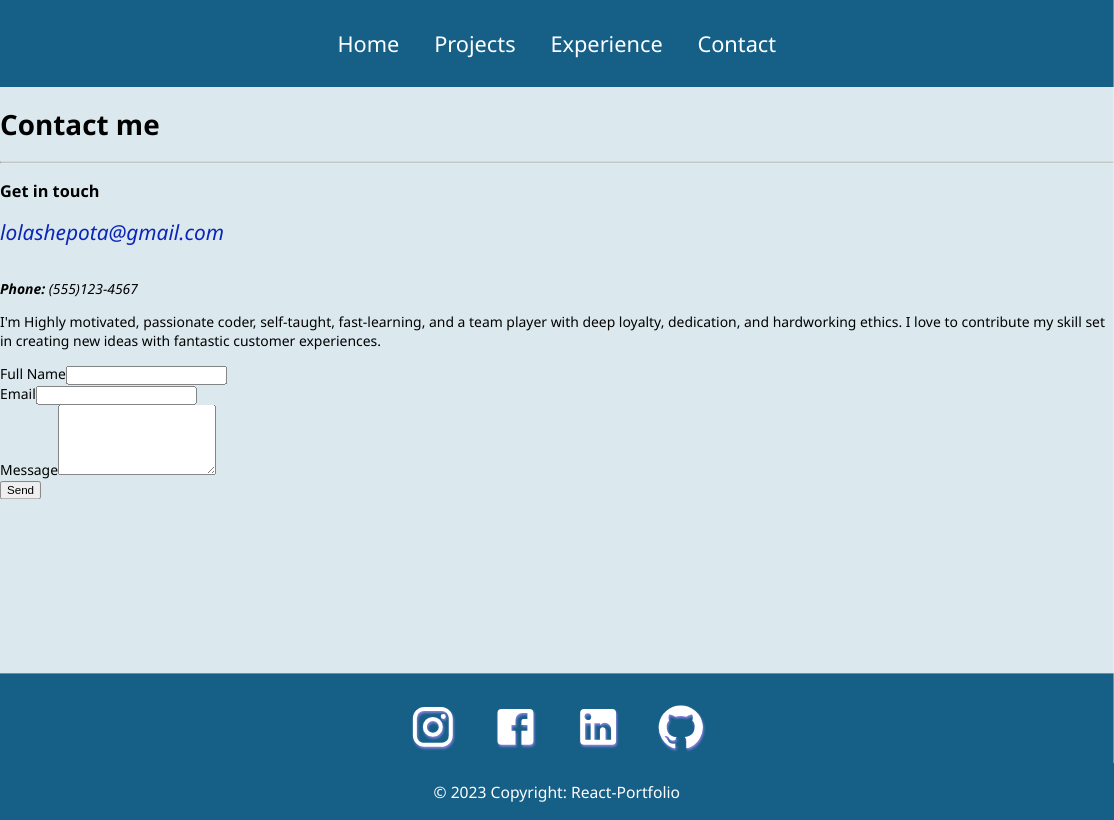
Repository: LolaSL/react-portfolio
Page: /contact
These files come from the project's save history. The page is drawn as it stood at one moment and after the next save; the edit follows.
The browser window is 1280 px wide. The pictures show the whole page, at 87% of full size.
The project was rebuilt for these pictures with package versions that can differ from the ones it lists, and the page was loaded fresh each time. Also part of the build but not shown: src/pages/Home/Style.css, src/pages/Home/Home.jsx, src/components/ProjectItem/Style.css, src/components/ProjectItem/ProjectItem.jsx, src/helpers/ProjectList.js, src/pages/Projects/Style.css, src/pages/Projects/Projects.jsx, src/pages/Experience/Style.css and 2 more.

Above is the page before, as saved 2023-09-27 17:31:36.

### src/App.js
import './App.css';
import { BrowserRouter as Router, Routes, Route } from 'react-router-dom';
import Home from './pages/Home/Home.jsx';
import Projects from './pages/Projects/Projects.jsx';
import Experience from './pages/Experience/Experience.jsx';
import Navbar from "./components/Navbar/Navbar.jsx";
import Footer from './components/Footer/Footer.jsx';
import ProjectDetail from './pages/ProjectDetail/ProjectDetail';
import Contact from './pages/Contact/Contact';


function App() {
  return (
    <div className="App">
      <Router>
      <Navbar />
        <Routes>
          <Route path="/" element={<Home />} />
          <Route path="/projects" element={<Projects />} />
          <Route path="/project/:id" element={<ProjectDetail />} />
          <Route path="/experience" element={<Experience />} />
          <Route path="/contact" element ={<Contact/>}/>
        </Routes>
        <Footer />
      </Router>
    </div>
  );
}

export default App;

### src/App.css
.App {
  width: 100%;
  height: auto;
  display: flex;
  flex-direction: column;
  font-family:'Segoe UI', Tahoma, Geneva, Verdana, sans-serif;
  background-color: #dbe9ee;
}

body {
  margin: 0;
  padding: 0;
}

### src/components/Navbar/Navbar.jsx
import React, { useEffect, useState } from "react";
import { Link, useLocation } from "react-router-dom";
import DehazeIcon from "@mui/icons-material/Dehaze";
import "./Style.css";

const Navbar = () => {
  const [expandNavbar, setExpandNavbar] = useState(false);
  const location = useLocation();
  useEffect(() => {
    setExpandNavbar(false);
  }, [location]);
  return (
    <div className="navbar" id={expandNavbar ? "open" : "close"}>
      <div className="toggleButton">
        <button
          onClick={() => {
            setExpandNavbar((prev) => !prev);
          }}
        >
          <DehazeIcon />
        </button>
      </div>
      <div className="links">
        <Link to="/"> Home </Link>
        <Link to="/projects"> Projects </Link>
        <Link to="/experience"> Experience </Link>
        <Link to="/contact"> Contact </Link>
      </div>
    </div>
  );
};

export default Navbar;

### src/components/Footer/Footer.jsx
import React from "react";
import { Link } from "react-router-dom";
import InstagramIcon from "@mui/icons-material/Instagram";
import FacebookIcon from "@mui/icons-material/Facebook";
import LinkedInIcon from "@mui/icons-material/LinkedIn";
import GitHubIcon from "@mui/icons-material/GitHub";
import "./Style.css";

const Footer = () => {
  return (
    <div className="footer">
      <div className="socialMedia">
        <Link to="https://www.instagram.com">
          <InstagramIcon />
        </Link>
        <Link to="https://www.facebook.com">
          <FacebookIcon />
        </Link>
        <Link to="https://www.linkedin.com/in/lola-s-2aba6340-lo">
          <LinkedInIcon />
        </Link>
        <Link to="https://github.com">
          <GitHubIcon />
        </Link>
      </div>
      <div className="copyright">
        <p>&copy; {new Date().getFullYear()} Copyright: React-Portfolio</p>
      </div>
    </div>
  );
};

export default Footer;

### src/pages/Contact/Contact.jsx
// import React, { useRef } from "react";
// import emailjs from "@emailjs/browser";
// import { Container, Row, Col } from "react-bootstrap";
// import { contactConfig } from "./contactConfig";
// import "./Style.css";

// const ContactForm = () => {
//   const form = useRef();

//   const sendEmail = (e) => {
//     e.preventDefault();

//     emailjs.sendForm("MY_SERVICE", "MY-TEMPLATE", form.current, "MY-KEY").then(
//       (result) => {
//         console.log(result.text);
//         console.log("message sent");
//       },
//       (error) => {
//         console.log(error.text);
//       }
//     );
//   };
//   return (
//     <Container >
//       <Row className="mb-5 mt-3 p-4">
//         <Col lg="8">
//           {" "}
//           <h1 className="display-4 mb-4 text-center">Contact me</h1>
//           <hr className="t_border my-4 ml-0 text-left" />
//         </Col>
//       </Row>
//       <Row className="sec-sp">
//         <Col lg="5" className="mb-5">
//           <h3 className="color_sec py-4">Get in touch</h3>
//           <address>
//             <strong>      <a href={`mailto:${contactConfig.YOUR_EMAIL}`}>
//                 {contactConfig.YOUR_EMAIL}
//               </a></strong>
//               <br />
//               <br />
//               {contactConfig.hasOwnProperty("YOUR_FONE") ? (
//                 <p>
//                   <strong>Phone:</strong> {contactConfig.YOUR_FONE}
//                 </p>
//               ) : (
//                 ""
//               )}
//             </address>
//             <p>{contactConfig.description}</p>
//           </Col>
//         <Col lg="7" className="d-flex align-items-center">
//           <form ref={form} onSubmit={sendEmail} className="contact-form w-100">
//           <Row>
//                 <Col lg="6" className="form-group">
//                   <input
//                     className="form-control"
//                     id="name"
//                     name="name"
//                     placeholder="Name"
//                     type="text"
//                     required
//                   />
//                 </Col>
//                 <Col lg="6" className="form-group">
//                   <input
//                     className="form-control rounded-0"
//                     id="email"
//                     name="email"
//                     placeholder="Email"
//                     type="email"
//                     required
//                   />
//                 </Col>
//               </Row>
//               <textarea
//                 className="form-control rounded-0"
//                 id="message"
//                 name="message"
//                 placeholder="Message"
//                 rows="5"
//                 required
//               ></textarea>
//               <br />
//             <Row>
//               <Col lg="12" className="form-group">
//                 <input
//                   type="submit"
//                   className="btn"
//                   value="Send"
//                   disabled={true}
//                 />
//               </Col>
//             </Row>
//           </form>
//         </Col>
//       </Row>
//     </Container>
//   );
// };

// export default ContactForm;

import React, { useRef } from "react";
import emailjs from "@emailjs/browser";
import { Container, Row, Col } from "react-bootstrap";
import { contactConfig } from "./contactConfig";
import "./Style.css";

const ContactForm = () => {
  const form = useRef();

  const sendEmail = (e) => {
    e.preventDefault();

    emailjs.sendForm("MY_SERVICE", "MY-TEMPLATE", form.current, "MY-KEY").then(
      (result) => {
        console.log(result.text);
        console.log("message sent");
      },
      (error) => {
        console.log(error.text);
      }
    );
  };
  return (
    <Container className="d-flex flex">
      <Row className="mb-5 mt-3 p-4">
        <Col lg={{ span: 8, offset: 2 }} md={{ span: 10, offset: 1 }}>
          <h1 className="display-4 mb-4 text-center">Contact me</h1>
          <hr className="t_border my-4 ml-0 text-left" />
        </Col>
      </Row>
      <Row className="sec-sp">
        <Col lg={5} md={6} className="mb-5">
          <h3 className="color_sec py-4">Get in touch</h3>
          <address>
            <strong>
              <a href={`mailto:${contactConfig.YOUR_EMAIL}`}>
                {contactConfig.YOUR_EMAIL}
              </a>
            </strong>
            <br />
            <br />
            {contactConfig.hasOwnProperty("YOUR_FONE") ? (
              <p>
                <strong>Phone:</strong> {contactConfig.YOUR_FONE}
              </p>
            ) : (
              ""
            )}
          </address>
          <p>{contactConfig.description}</p>
        </Col>
        <Col lg={7} md={6} className="d-flex align-items-center">
          <form ref={form} onSubmit={sendEmail} className="contact-form w-100">
            <Row>
              <Col lg={6} md={6} sm={12} className="form-group">
                <label htmlFor="name">Full Name</label>
                <input
                  className="form-control"
                  id="name"
                  name="name"
                  type="text"
                  required
                />
              </Col>
              <Col lg={6} md={6} sm={12} className="form-group">
                <label htmlFor="email">Email</label>
                <input
                  className="form-control rounded-0"
                  id="email"
                  name="email"
                  type="email"
                  required
                />
              </Col>
            </Row>
            <Row>
              <Col lg={12} md={12} sm={12} className="form-group">
                <label htmlFor="message">Message</label>
                <textarea
                  className="form-control rounded-0"
                  id="message"
                  name="message"
                  rows="5"
                  required
                ></textarea>
              </Col>
            </Row>
            <Row className="w-100">
              <Col lg={12} md={12} sm={12} className="form-group ">
                <input
                  type="submit"
                  className="btn btn-primary"
                  value="Send"
                  disabled={false}
                />
              </Col>
            </Row>
          </form>
        </Col>
      </Row>
    </Container>
  );
};

export default ContactForm;

### src/components/Navbar/Style.css
.navbar {
  width: 100%;
  height: 100px;
  background: #166088;
}

.links {
  width: 100%;
  height: 100%;
  display: flex;
  align-items: center;
  justify-content: center;
  color: white;
}

.navbar a {
  color: white;
  text-decoration: none;
  margin: 20px;
  font-size: 25px;
}

.toggleButton {
  width: 100%;
  height: 100px;
  display: flex;
  align-items: center;
  justify-content: flex-end;
}

.toggleButton svg {
  font-size: 50px;
}
.toggleButton button {
  margin-right: 20px;
  padding: 8px;
  background-color: transparent;
  border: none;
  color: white;
  cursor: pointer;
}

#open {
  height: 100vh;
}

#open .links {
  flex-direction: column;
  justify-content: flex-start;
  margin-top: 100px;
}

#open a {
  width: 100%;
  text-align: center;
}

@media only screen and (max-width: 900px) {
  .navbar a {
    width: 600px;
  }
}

@media only screen and (max-width: 600px) {
  .toggleButton {
    display: flex;
  }
  #close a {
    display: none;
  }
}

@media only screen and (min-width: 600px) {
  .toggleButton {
    display: none;
  }

  .hiddenLinks {
    display: none;
  }

  #open {
    height: 100px;
  }

  #open .links {
    flex-direction: row;
  }
}

### src/components/Footer/Style.css
.footer {
    width: 100%;
    height: 155px;
    background: #166088;
    display: flex;
    justify-content: center;
    align-items: center;
    flex-direction: column;
    padding-top: 10px;
    margin-top: 200px;
    position: related;
    bottom: 0;
    left: 0;
    right: 0;
  }
  .footer{
    height: 22vh;
  }
  .socialMedia svg{
    color: white;
    margin: 20px;
    font-size: 55px;
    cursor: pointer;
    margin-bottom: 10px;
  }
  .socialMedia svg:hover{
    color: #e76972;
    margin: 20px;
    font-size: 55px;
    cursor: pointer;
    margin-bottom: 10px;
    background-color: transparent;
    transition: all ease 0.3s;
    border: none;
    text-shadow: 0 0 0.625em #d83535;
  }
.copyright p{
    color: white;
    font-size: 18px;
  }

  @media only screen and (max-width: 600px) {
    .footer svg {
      font-size: 50px;
    }
    .copyright p{
      font-size: 16px;
    }
  }

### src/pages/ProjectDetail/Style.css
.project {
  width: 100%;
    height: auto;
    display: flex;
    justify-content: center;
    align-items: center;
    flex-direction: column;
    color: #3e497a;
}

.project  h1 {
  text-align: center;
  color: #3e497a;
  font-size:50px;
  font-weight: bolder;
  margin-top: 30px

}
.project img {
  max-width: 700px;
  border-radius: 10px;
  margin-bottom: 40px;
}

.project h3 {
  font-size: 1.7rem;
  color: #3e497a;
  padding: 50px;
  text-align: justify;
}
a {
  text-decoration: none;
  color: rgb(11, 37, 185);
  font-weight: normal;
  font-size: 24px;
}
a:hover {
  text-decoration: none;
   color: #e76972;
  font-weight: bold;
  transition: all ease 0.3s;
  font-size: 24px;
  cursor: pointer;
  text-shadow: 0 0 0.625em #d83535;
}
.project svg {
  font-size: 60px;
  color: #3e497a;
}
.project svg:hover {
  color: #2d2d84;
  cursor: pointer;
}
svg {
  filter: drop-shadow(1px 2px 1px rgb(144, 130, 227));
}
@media only screen and (max-width: 1300px) {
  .project img {
    max-width: 500px;
    border-radius: 8px;
  }
  .project h1 {
    font-size: 1.8rem;
  }
  .project h3 {
    font-size: 1.4rem;
  }
}

@media only screen and (max-width: 800px) {
  .project img {
    max-width: 374px;
    border-radius: 6px;
  }
  .project h1 {
    font-size:37px;
    text-align: center;
    color: #3e497a;
  }
  .project h3 {
    font-size: 1.3rem;
  }

}

### src/pages/Contact/contactConfig.js
// const contactConfig = {
//     description: "I'm Highly motivated, passionate coder, self-taught, fast-learning, and a team player with deep loyalty, dedication, and hardworking ethics. I love to contribute my skill set in creating new ideas with fantastic customer experiences."
// }
// export {
//     contactConfig
// }
const logotext = 'Lola Shepota';
const meta = {
    title: 'Lola Shepota',
    description:
        "I'm Highly motivated, passionate coder, Full-Stact Junior. ",
};

const introdata = {
    title: 'I’m John Doe',
    animated: {
        first: 'I love coding',
        second: "I'm creating new ideas with fantastic customer experiences",
        third: 'A team player with deep loyalty',
    },
    description:
        "I'm self-taught, fast-learning, and  dedication, and hardworking ethics. I love contributing my skills to code websites.",
    your_img_url: 'https://avatars.githubusercontent.com/u/67796082?v=4',
};

const dataabout = {
    title: 'About my self',
    aboutme:
        'Lorem ipsum dolor sit amet, consectetur adipiscing elit. Praesent quis dolor id ligula semper elementum feugiat pretium nulla. Nunc non commodo dolor. Nunc mollis dignissim facilisis. Morbi ut magna ultricies.',
};
const worktimeline = [
    {
        jobtitle: 'Designer of week',
        where: 'YAdfi',
        date: '2020',
    },
    {
        jobtitle: 'Designer of week',
        where: 'Jamalya',
        date: '2019',
    },
    {
        jobtitle: 'Designer of week',
        where: 'ALquds',
        date: '2019',
    },
];



const services = [
    {
        title: 'UI & UX Design',
        description:
            'Lorem ipsum dolor sit amet, consectetur adipiscing elit. Sed at nisl euismod urna bibendum sollicitudin.',
    },
    {
        title: 'Mobile Apps',
        description:
            'Lorem ipsum dolor sit amet, consectetur adipiscing elit. Sed at nisl euismod urna bibendum sollicitudin.',
    },
    {
        title: 'Wordpress Design',
        description:
            'Lorem ipsum dolor sit amet, consectetur adipiscing elit. Sed at nisl euismod urna bibendum sollicitudin.',
    },
];

const contactConfig = {
    YOUR_EMAIL: 'lolashepota@gmail.com',
    YOUR_FONE: '(555)123-4567',
    description:
        "I'm Highly motivated, passionate coder, self-taught, fast-learning, and a team player with deep loyalty, dedication, and hardworking ethics. I love to contribute my skill set in creating new ideas with fantastic customer experiences.",
    YOUR_SERVICE_ID: 'service_id',
    YOUR_TEMPLATE_ID: 'template_id',
    YOUR_USER_ID: 'user_id',
};


export {
    meta,
    dataabout,
    worktimeline,
    services,
    introdata,
    contactConfig,
    logotext,
};

### src/pages/Contact/Style.css
/* .contact-form {
  max-width: 400px;
  margin: 0 auto;
  padding: 20px;
  background-color: #dbe9ee;
  display: flex;
  flex-direction: column;
  align-items: center;
  color: #1e3183;
  font-size: 18px;
  font-weight: 600;


}
h1{
  font-size: 44px;
 color: #1e3183;
 text-shadow: 1px 1px 1px #ffffff;

}
  input {
    width: 100%;
    height: 35px;
    padding: 9px;
    outline: none;
    border-radius: 5px;
    border: 1px solid rgb(220, 220, 220);

    &:focus {
      border: 2px solid rgba(0, 206, 158, 1);
    }
  }

  textarea {
    max-width: 100%;
    min-width: 100%;
    width: 100%;
    max-height: 100px;
    min-height: 100px;
    padding: 7px;
    outline: none;
    border-radius: 5px;
    border: 1px solid rgb(220, 220, 220);

    &:focus {
      border: 2px solid rgba(0, 206, 158, 1);
    }
  }

  input[type="submit"] {
    margin-top: 2rem;
    cursor: pointer;
    background: #233f86;
    color: white;
    border: none;
    width: 100%;
  }
  input:hover[type="submit"] {
    margin-top: 2rem;
    cursor: pointer;
    background: #e76972;
    color: white;
    border: none;
  }
   */
/*
  .form-group {
    width: 100%;
    margin-bottom: 2rem;
  }
  label {
    font-size: 1.8rem;
  }
  input,
  textarea {
    width: 100%;
    font-size: 2rem;
    padding: 1.2rem;
    color: var(--gray-1);
    background-color: var(--deep-dark);
    outline: none;
    border: none;
    border-radius: 8px;
    margin-top: 1rem;
  }
  textarea {
    min-height: 250px;
    resize: vertical;
  }
  button[type='submit'] {
    background-color: var(--gray-1);
    color: var(--black);
    font-size: 2rem;
    display: inline-block;
    outline: none;
    border: none;
    padding: 1rem 4rem;
    border-radius: 8px;
    cursor: pointer;
  } */

Loaded but not shown: public/index.html (common file); src/index.js (common file); src/reportWebVitals.js (common file)

After the next save:
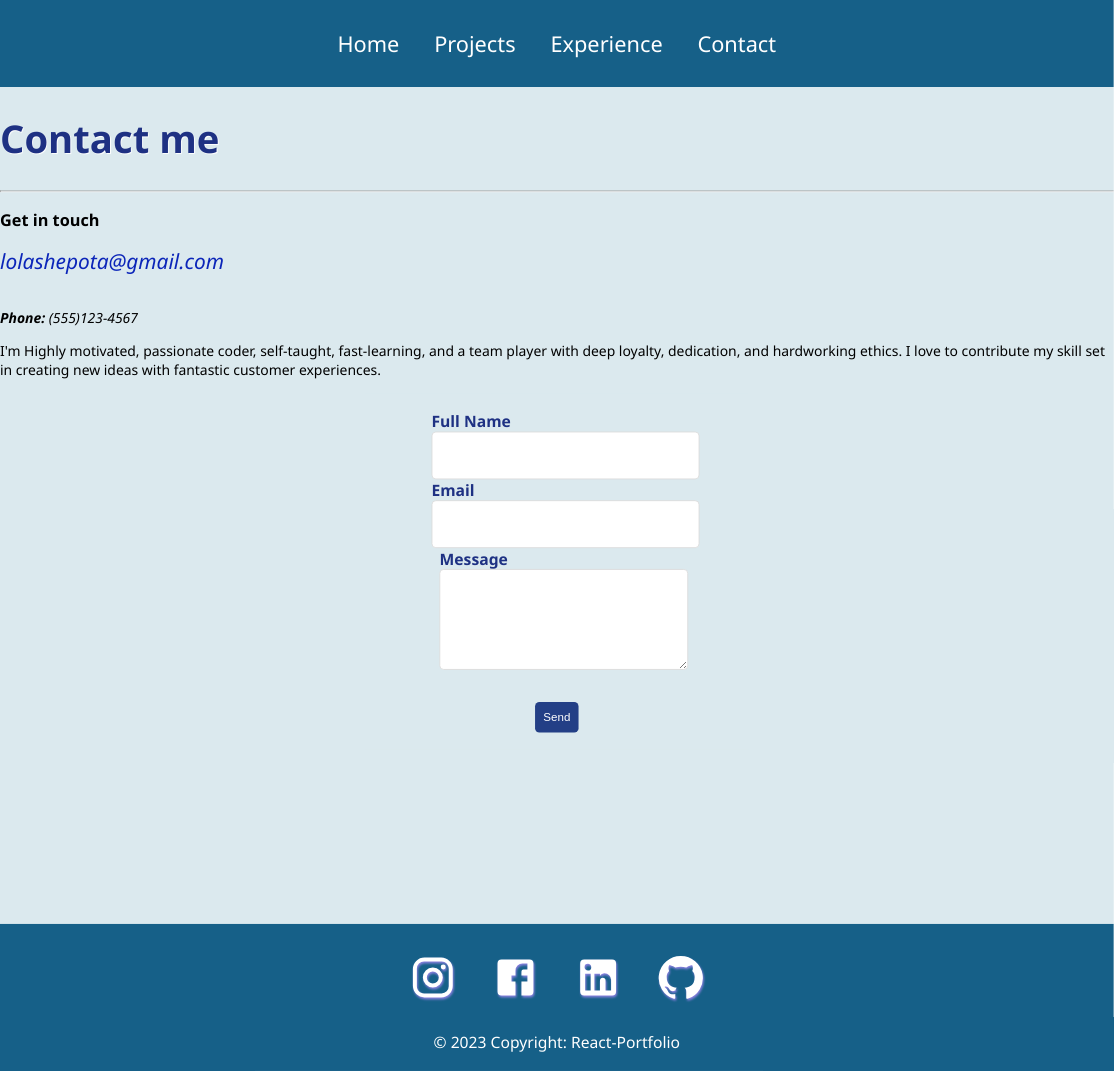
Saved 4 s later.
--- a/src/pages/Contact/Style.css
+++ b/src/pages/Contact/Style.css
@@ -1,4 +1,4 @@
-/* .contact-form {
+.contact-form {
   max-width: 400px;
   margin: 0 auto;
   padding: 20px;
@@ -62,7 +62,7 @@ h1{
     color: white;
     border: none;
   }
-   */
+
 /*
   .form-group {
     width: 100%;
